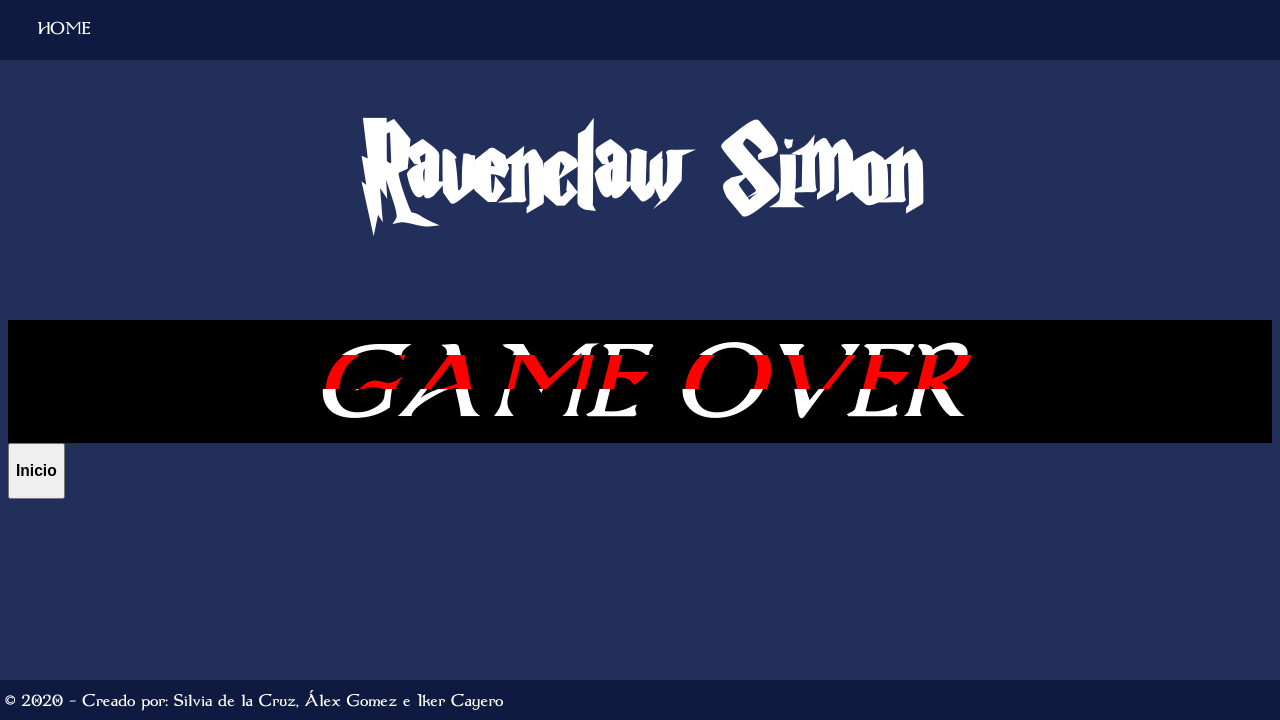
Repository: alexgomezdev/RavenclawSimon
Page: http://localhost/gameOver.php
An editor plug-in stored every save of this project. The page is shown before and after the next save, followed by the edit.
The browser window is 1280 px wide. The pictures show the whole page.
The page is run by PHP 8.4 with error messages shown; the project is at /var/www/html/.

Above is the page before, as saved 2020-10-23 17:29:22.
Console error: SyntaxError: Unexpected token '}'

### gameOver.php
<!DOCTYPE html>
<html>
<head>
    <meta charset="UTF-8">
    <title>Ravenclaw Simon</title>
    <link rel="stylesheet" href="templates/gameOver.css">
    <link rel="stylesheet" href="templates/general.css">
</head>
<body>
    <header>
        <div id="home_link_div">
            <a href="index.php" id="home_link">HOME</a>
        </div>
    </header>
    <main>
        <div id="title">
            <h1>Ravenclaw Simon</h1>
        </div>
        <div class="container">
            <div id="scroll">
                <div class="message" data-text="GAME OVER">GAME OVER</div>
            </div>
        </div>
        <div id="button_div">
            <button id="button_play"><h3>Inicio</h3></button>
        </div>
    </main>
    <footer>
        <div id="footer_content">
            &#0169 2020 - Creado por: Silvia de la Cruz, Álex Gomez e Iker Cayero
        </div>
    </footer>
	<script type="text/javascript" src="main.js"></script>
</body>
</html>

### templates/gameOver.css
@font-face {
  font-family: "Dumbledore";
  src: url("../templates/typography/dumbledor.1.ttf") format("truetype");
}

#scroll {
  background-color: #000000;
}

.message {
  font-style: italic;
  font-size: 120px;
  font-family: "Dumbledore";
  text-align: center;
  color: #ffffff;
  position: relative;
  width: 800px;
  margin: 0 auto;
}

.message:after {
  content: attr(data-text);
  position: absolute;
  left: 77px;
  text-shadow: -1px 0 red;
  top: 0;
  color: red;
  background: black;
  overflow: hidden;
  clip: rect(0, 900px, 0, 0);
  animation: noise-anim 2s infinite linear alternate-reverse;
  text-align: center;
}

.message:before {
  content: attr(data-text);
  position: absolute;
  left: 82px;
  text-shadow: 1px 0 blue;
  top: 0;
  color: red;
  background: black;
  overflow: hidden;
  clip: rect(0, 900px, 0, 0);
  animation: noise-anim-2 3s infinite linear alternate-reverse;
  text-align: center;
}

@keyframes noise-anim {
  0% {
    clip: rect(51px, 9999px, 28px, 0);
  }
  5% {
    clip: rect(70px, 9999px, 19px, 0);
  }
  10% {
    clip: rect(92px, 9999px, 13px, 0);
  }
  15% {
    clip: rect(85px, 9999px, 49px, 0);
  }
  20% {
    clip: rect(45px, 9999px, 56px, 0);
  }
  25% {
    clip: rect(26px, 9999px, 31px, 0);
  }
  30% {
    clip: rect(62px, 9999px, 73px, 0);
  }
  35% {
    clip: rect(34px, 9999px, 11px, 0);
  }
  40% {
    clip: rect(26px, 9999px, 61px, 0);
  }
  45% {
    clip: rect(34px, 9999px, 71px, 0);
  }
  50% {
    clip: rect(35px, 9999px, 69px, 0);
  }
  55% {
    clip: rect(92px, 9999px, 81px, 0);
  }
  60% {
    clip: rect(26px, 9999px, 85px, 0);
  }
  65% {
    clip: rect(2px, 9999px, 68px, 0);
  }
  70% {
    clip: rect(54px, 9999px, 79px, 0);
  }
  75% {
    clip: rect(35px, 9999px, 85px, 0);
  }
  80% {
    clip: rect(70px, 9999px, 60px, 0);
  }
  85% {
    clip: rect(32px, 9999px, 26px, 0);
  }
  90% {
    clip: rect(94px, 9999px, 53px, 0);
  }
  95% {
    clip: rect(99px, 9999px, 92px, 0);
  }
  100% {
    clip: rect(42px, 9999px, 27px, 0);
  }
}

@keyframes noise-anim-2 {
  0% {
    clip: rect(21px, 9999px, 49px, 0);
  }
  5% {
    clip: rect(27px, 9999px, 52px, 0);
  }
  10% {
    clip: rect(21px, 9999px, 70px, 0);
  }
  15% {
    clip: rect(65px, 9999px, 25px, 0);
  }
  20% {
    clip: rect(24px, 9999px, 10px, 0);
  }
  25% {
    clip: rect(61px, 9999px, 64px, 0);
  }
  30% {
    clip: rect(34px, 9999px, 47px, 0);
  }
  35% {
    clip: rect(46px, 9999px, 93px, 0);
  }
  40% {
    clip: rect(46px, 9999px, 9px, 0);
  }
  45% {
    clip: rect(67px, 9999px, 36px, 0);
  }
  50% {
    clip: rect(72px, 9999px, 20px, 0);
  }
  55% {
    clip: rect(79px, 9999px, 26px, 0);
  }
  60% {
    clip: rect(13px, 9999px, 87px, 0);
  }
  65% {
    clip: rect(10px, 9999px, 25px, 0);
  }
  70% {
    clip: rect(85px, 9999px, 11px, 0);
  }
  75% {
    clip: rect(94px, 9999px, 35px, 0);
  }
  80% {
    clip: rect(50px, 9999px, 86px, 0);
  }
  85% {
    clip: rect(74px, 9999px, 67px, 0);
  }
  90% {
    clip: rect(1px, 9999px, 40px, 0);
  }
  95% {
    clip: rect(3px, 9999px, 48px, 0);
  }
  100% {
    clip: rect(90px, 9999px, 23px, 0);
  }
}

### templates/general.css
@font-face {
  font-family: "Harry_Potter";
  src: url("../templates/typography/HARRYP.TTF") format("truetype");
}

@font-face {
  font-family: "Dumbledore";
  src: url("../templates/typography/dumbledor.1.ttf") format("truetype");
}

body {
  font-family: "Dumbledore";
  background-color: #222f5b;
}

header {
  background-color: #0e1a40;
  top: 0;
  left: 0;
  position: absolute;
  width: 100%;
  height: 60px;
  display: inline;
}

#home_link_div {
  text-align: center;
  width: 10%;
  height: 90%;
}

#home_link {
  display: flex;
  justify-content: center;
  align-items: center;
  color: #ffffff;
  font-size: 20px;
  text-decoration: none;
  height: 60%;
  margin-top: 9%;
  margin-bottom: 10%;
}

#title {
  color: #ffffff;
  font-family: "Harry_Potter";
  font-size: 60px;
  width: 100%;
  text-align: center;
  margin-top: 120px;
}

main {
  width: 100%;
}

footer {
  color: #ffffff;
  background-color: #0e1a40;
  bottom: 0;
  left: 0;
  position: absolute;
  width: 100%;
  height: 30px;
  display: flex;
  padding-top: 10px;
}

#footer_content {
  margin-left: 5px;
  color: #ffffff;
  font-size: 20px;
  vertical-align: center;
  height: 60%;
}

### main.js
function Scroll(nombre) {
    this.id= nombre;
    this.avanza = avanza;
    this.anchoContenedor = document.getElementById(this.id).parentNode.offsetWidth;
    document.getElementById(this.id).parentNode.style.overflow="hidden";
    document.getElementById(this.id).parentNode.style.whiteSpace="nowrap";
    document.getElementById(this.id).parentNode.style.textIndent="0px";
    this.el=document.getElementById(this.id).parentNode;
    this.xo=this.el.getElementByTagName('span');
    this.contenido=this.as[0].innerHTML;
    this.anchoTexto=this.as[0].offsetWidth;
    this.dif=this.as[0].offsetWidth-this.xo;
}

function avanza(velocidad,modo) {
    this.as[0].parentNode.style.textIndent= ""+this.xo+"px";
    if (this.anchoTexto>this.anchoContenedor) {
        if (modo==0) {
            if (this.xo <=this.dif)
                this.as[0].innerHTML=this.contenido+this.contenido
                if (this.xo<=-this.dif-this.anchoContenedor)
                {
                  this.as[0].innerHTML=this.contenido;
                  this.xo=0;
                }
             }

           if (modo==1)
             if (this.xo<=-this.dif-this.anchoContenedor)
               this.xo=this.anchoContenedor;

           if (modo==2)
             if (this.xo<=-this.dif-this.anchoContenedor)
               {
                 this.xo=this.xo-velocidad;
                 velocidad=0;
               }
         }
       else
         {
           if (modo!=2)
             if (this.xo<=-this.anchoTexto)
               this.xo=this.anchoContenedor;
             else
               if (this.xo<=-this.anchoTexto)
                 {
                   this.xo=this.xo-velocidad;
                   velocidad=0;
                 }
         }
       this.xo=this.xo-velocidad;
     }

   window.onload=function()
     {
       var scroll1= new Scroll('congrats');
       window.setInterval( function (){ scroll1.avanza(5,0) }, 10 );
       // 5=salto o velocidad en pixels, 10=msg.
     }
        }
    }
}

After the next save:
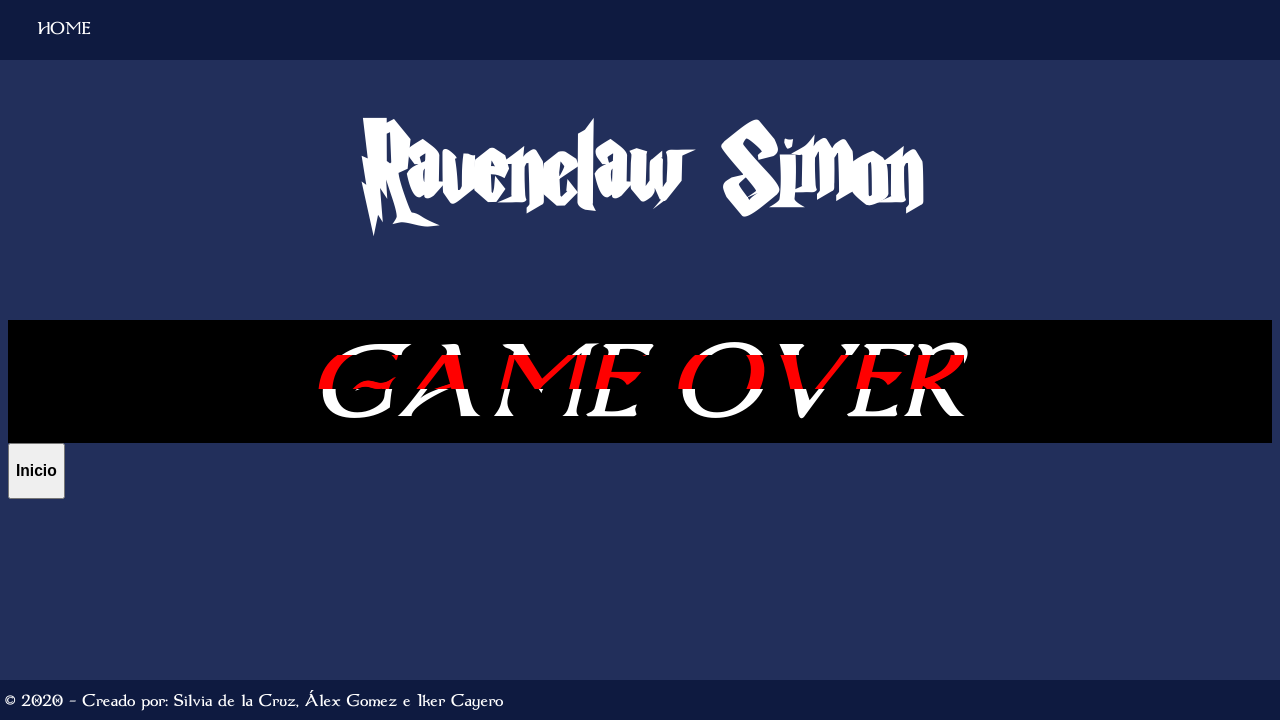
Saved 15 s later.
--- a/templates/gameOver.css
+++ b/templates/gameOver.css
@@ -21,7 +21,7 @@
 .message:after {
   content: attr(data-text);
   position: absolute;
-  left: 77px;
+  left: 70px;
   text-shadow: -1px 0 red;
   top: 0;
   color: red;
@@ -35,7 +35,7 @@
 .message:before {
   content: attr(data-text);
   position: absolute;
-  left: 82px;
+  left: 80px;
   text-shadow: 1px 0 blue;
   top: 0;
   color: red;
